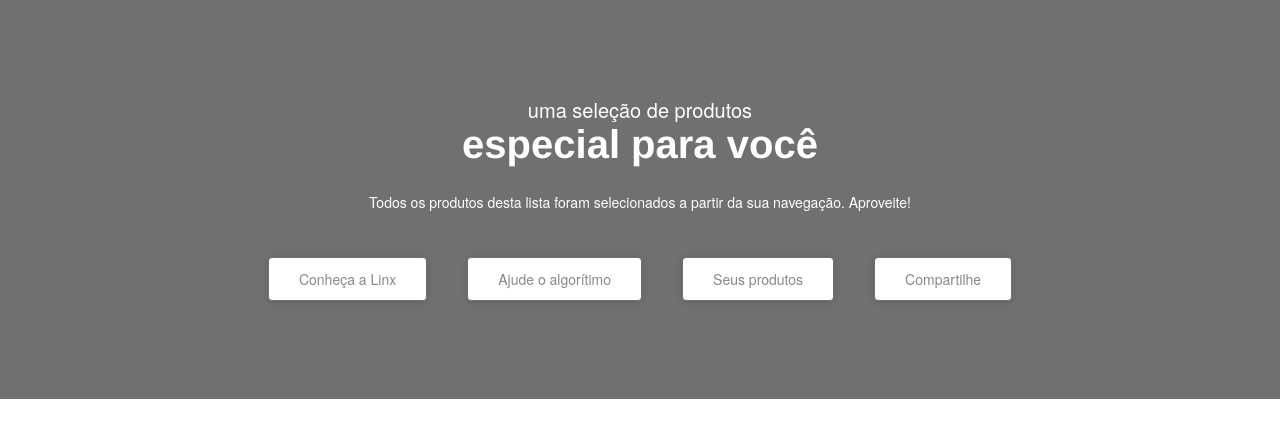
Repository: danielpellicano/front-end-developer-test-linx-2020
Page: index.html
The author's editor kept a copy of each file at every save. The page is drawn from the files as they stood at one save, then again after the next save.
The browser window is 1280 px wide. The pictures show the whole page.
The pointer rests on the first visible `#header nav ul li a`.
Some web fonts or font styles are not loaded; a fallback is used.

Above is the page before, as saved 2020-09-01 12:19:05.

### index.html
<!DOCTYPE html>
<html lang="en">

<head>
    <meta charset="UTF-8">
    <meta name="viewport" content="width=device-width, initial-scale=1.0">
    <title>Linx Test Front End</title>
    <link rel="stylesheet" href="css/style.css">
    <link rel="stylesheet" href="css/responsive.css">
    <link rel="stylesheet" href="js/script.js">

</head>

<body>

    <!-- Header -->
    <header id="header">
        <div class="container">
            <h1>uma seleção de produtos</h1>
            <h2>especial para você</h2>
            <p>Todos os produtos desta lista foram selecionados a partir da sua navegação. Aproveite!</p>
            <!-- Main Menu -->
            <nav>
                <ul>
                    <li><a href="#">Conheça a Linx</a></li>
                    <li><a href="#">Ajude o algorítimo</a></li>
                    <li><a href="#">Seus produtos</a></li>
                    <li><a href="#">Compartilhe</a></li>
                </ul>
            </nav>
            <!-- .Main Menu -->
        </div>
    </header>
    <!-- .Header -->

</body>

</html>

### css/style.css
/* Import Fonts */

@font-face {
    font-family: 'Helvetica Neue';
    src: url('../fonts/HelveticaNeue.eot');
    src: url('../fonts/HelveticaNeue.eot?#iefix') format('embedded-opentype'), url('../fonts/HelveticaNeue.woff2') format('woff2'), url('../fonts/HelveticaNeue.woff') format('woff'), url('../fonts/HelveticaNeue.ttf') format('truetype');
    font-weight: normal;
    font-style: normal;
}

@font-face {
    font-family: 'Helvetica Neue Bold';
    src: url('../fonts/HelveticaNeue-Bold.eot');
    src: url('../fonts/HelveticaNeue-Bold.eot?#iefix') format('embedded-opentype'), url('../fonts/HelveticaNeue-Bold.woff2') format('woff2'), url('../fonts/HelveticaNeue-Bold.woff') format('woff'), url('../fonts/HelveticaNeue-Bold.ttf') format('truetype');
    font-weight: bold;
    font-style: normal;
}


/* css Reset */

html,
body,
div,
span,
iframe,
h1,
h2,
h3,
h4,
h5,
h6,
p,
blockquote,
pre,
a,
img,
strong,
b,
u,
i,
ul,
li,
fieldset,
form,
label,
legend,
table,
caption,
tbody,
tfoot,
thead,
tr,
th,
td,
article,
aside,
canvas,
details,
embed,
figure,
figcaption,
footer,
header,
hgroup,
menu,
nav,
output,
ruby,
section,
summary,
time,
mark,
audio,
video {
    margin: 0;
    padding: 0;
    border: 0;
    font-size: 100%;
    font: inherit;
    vertical-align: baseline;
    text-decoration: none;
    outline: none;
    list-style: none
}


/* CSS General */

body {
    font-family: 'Helvetica Neue';
}

.container {
    width: 100%;
    padding-right: 15px;
    padding-left: 15px;
    margin-right: auto;
    margin-left: auto;
}


/* Header */

#header {
    position: relative;
    min-height: 399px;
    background: #707070;
    display: flex;
    align-items: center;
    color: #fff;
}


/*#header:after {
    content: '';
    background: #707070;
    width: 100%;
    height: 100%;
    position: absolute;
    height: 399px;
}*/

#header .container {
    display: flex;
    flex-direction: column;
    align-items: center;
    justify-content: center;
    height: 100%;
    text-align: center;
}

#header h1 {
    font-size: 20px;
    line-height: 24px;
    margin-bottom: 0;
}

#header h2 {
    font-size: 40px;
    font-weight: bold;
    margin-bottom: 25px;
}

#header p {
    font-size: 14px;
    margin-bottom: 45px;
}

#header nav ul {
    display: flex;
}

#header nav ul li a {
    display: block;
    padding: 11px 30px;
    background: #fff;
    margin: 0 20px;
    border-radius: 4px;
    border: 1px solid #707070;
    -webkit-box-shadow: 0px 1px 6px 0px rgba(0, 0, 0, 0.16);
    box-shadow: 0px 1px 6px 0px rgba(0, 0, 0, 0.16);
    font-size: 14px;
    color: #888888 !important;
}

### css/responsive.css
@media (min-width: 576px) {
    .container {
        max-width: 540px;
    }
}

@media (min-width: 768px) {
    .container {
        max-width: 720px;
    }
}

@media (min-width: 992px) {
    .container {
        max-width: 960px;
    }
}

@media (min-width: 1200px) {
    .container {
        max-width: 1140px;
    }
}

Loaded but not shown: js/script.js (no stored copy; drawn as an empty file)

After the next save:
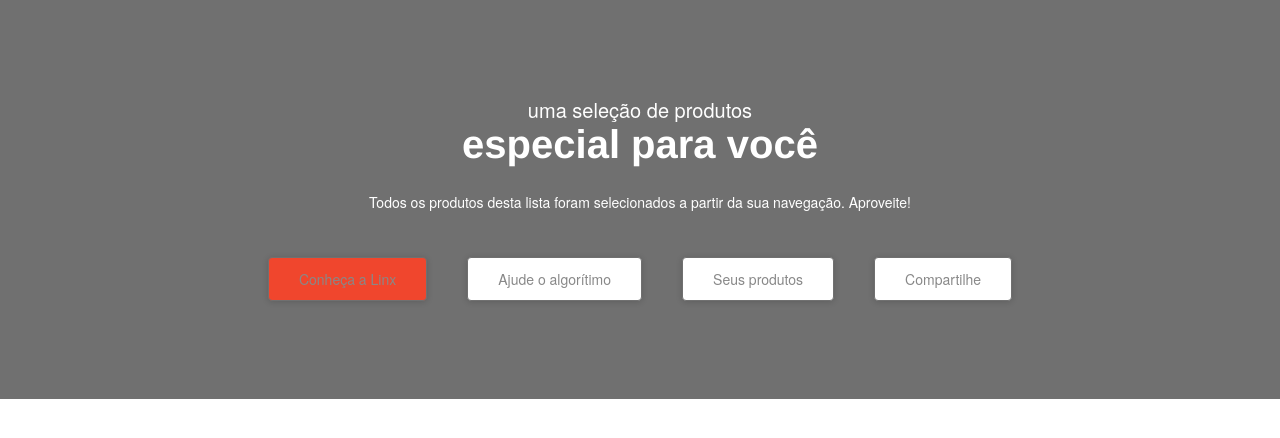
Saved 2 min 45 s later.
--- a/css/style.css
+++ b/css/style.css
@@ -163,3 +163,8 @@ body {
     font-size: 14px;
     color: #888888 !important;
 }
+
+#header nav ul li a:hover {
+    background: #f0462d;
+    color: #fff;
+}
